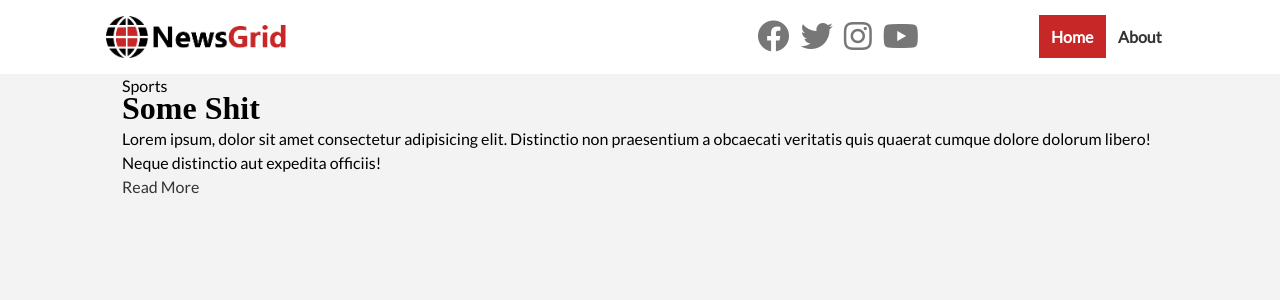
Repository: EswinGiova/NewsGrid
Page: index.html
These files come from the project's save history. The page is drawn as it stood at one moment and after the next save; the edit follows.
The browser window is 1280 px wide. The pictures show the whole page.
Some web libraries are served in a nearby version.

Above is the page before, as saved 2020-09-18 19:47:34.

### index.html
<!DOCTYPE html>
<html lang="en">
  <head>
    <meta charset="UTF-8" />
    <meta name="viewport" content="width=device-width, initial-scale=1.0" />
    <link rel="shortcut icon" type="image/x-icon" href="favicon.ico" />
    <link
      href="https://fonts.googleapis.com/css2?family=Lato&family=Staatliches&display=swap"
      rel="stylesheet"
    />
    <link rel="stylesheet" href="./css/style.css" />
    <link
      rel="stylesheet"
      media="screen and (max-width: 768px)"
      href="./css/mobile.css"
    />

    <link
      rel="stylesheet"
      href="https://cdnjs.cloudflare.com/ajax/libs/font-awesome/5.14.0/css/all.min.css"
      integrity="sha512-1PKOgIY59xJ8Co8+NE6FZ+LOAZKjy+KY8iq0G4B3CyeY6wYHN3yt9PW0XpSriVlkMXe40PTKnXrLnZ9+fkDaog=="
      crossorigin="anonymous"
    />

    <title>NewsGrid | Latest News</title>
  </head>
  <body>
    <nav id="main-nav">
      <div class="container">
        <img src="./image_resources/logo.png" alt="" class="logo" />
        <div class="social">
          <a href="#" target="_blank"><i class="fab fa-facebook fa-2x"></i></a>
          <a href="#" target="_blank"><i class="fab fa-twitter fa-2x"></i></a>
          <a href="#" target="_blank"><i class="fab fa-instagram fa-2x"></i></a>
          <a href="#" target="_blank"><i class="fab fa-youtube fa-2x"></i></a>
        </div>
        <ul>
          <li><a href="#" class="current">Home</a></li>
          <li><a href="#">About </a></li>
        </ul>
      </div>
    </nav>

    <header id="showcase">
      <div class="container">
        <div class="showcase-container">
          <div class="showcase-content">
            <div class="category category-sports">Sports</div>
            <h1>Some Shit</h1>
            <p>
              Lorem ipsum, dolor sit amet consectetur adipisicing elit.
              Distinctio non praesentium a obcaecati veritatis quis quaerat
              cumque dolore dolorum libero! Neque distinctio aut expedita
              officiis!
            </p>
            <a href="./article.html" class="btn btn-primary">Read More </a>
          </div>
        </div>
      </div>
    </header>
  </body>
</html>

### css/style.css
:root {
  --primary-color: #c72727;
  --secondary-color: #f99500;
  --light-color: #f3f3f3;
  --dark-color: #333;
  --max-width: 1100px;
}

.category {
  --sports-color: #f99500;
  --ent-color: #a66bbe;
  --tech-color: #009cff;
}
* {
  margin: 0;
  padding: 0;
  box-sizing: border-box;
}
body {
  font-family: 'Lato', sans-serif;
  line-height: 1.5;
  background: var(--light-color);
}

a {
  color: var(--dark-color);
  text-decoration: none;
}

ul {
  list-style: none;
}

img {
  width: 100%;
}

h1,
h2,
h3,
h4,
h5,
h6 {
  font-family: 'Staaliches', cursive;
  margin-bottom: 0.55rem;
  line-height: 1.3rem;
}

/*  utility class */

.container {
  max-width: var(--max-width);
  margin: auto;
  padding: 0 2rem;
  overflow: hidden;
}

/* Navigation */
#main-nav {
  background: #fff;
  position: sticky;
  top: 0;
  z-index: 2;
}

#main-nav .container {
  display: grid;
  grid-template-columns: 6fr 3fr 2fr;
  padding: 1rem;
  align-items: center;
}

#main-nav .logo {
  width: 180px;
}

#main-nav ul {
  display: flex;
  justify-self: end;
}

#main-nav ul li a {
  padding: 0.77rem;
  font-weight: bold;
}

#main-nav ul li .current {
  background: var(--primary-color);
  color: white;
}

#main-nav ul li .current:hover {
  background: var(--light-color);
  color: var(--dark-color);
}
#main-nav .social {
  justify-self: center;
}

#main-nav .social i {
  color: #777;
  margin-left: 0.5rem;
}

Loaded but not shown: css/mobile.css (no copy from this time; the picture is the same without it)

After the next save:
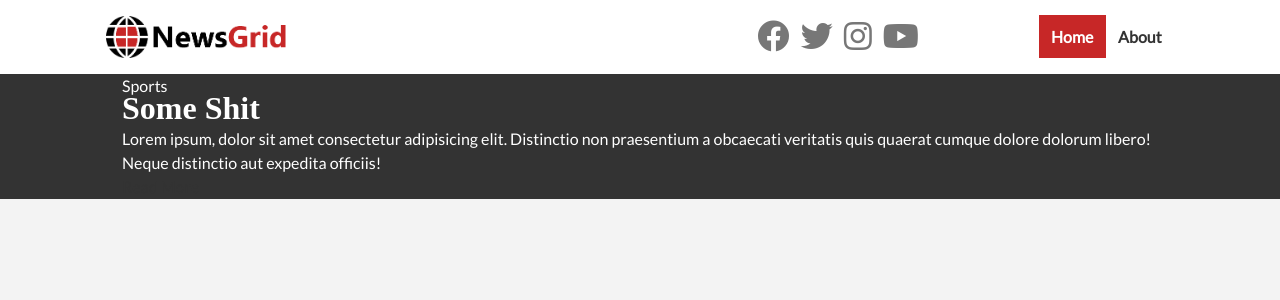
Saved 24 h 13 min later.
--- a/css/style.css
+++ b/css/style.css
@@ -101,3 +101,9 @@ h6 {
   color: #777;
   margin-left: 0.5rem;
 }
+
+/* showcase */
+#showcase {
+  background: #333;
+  color: #fff;
+}
